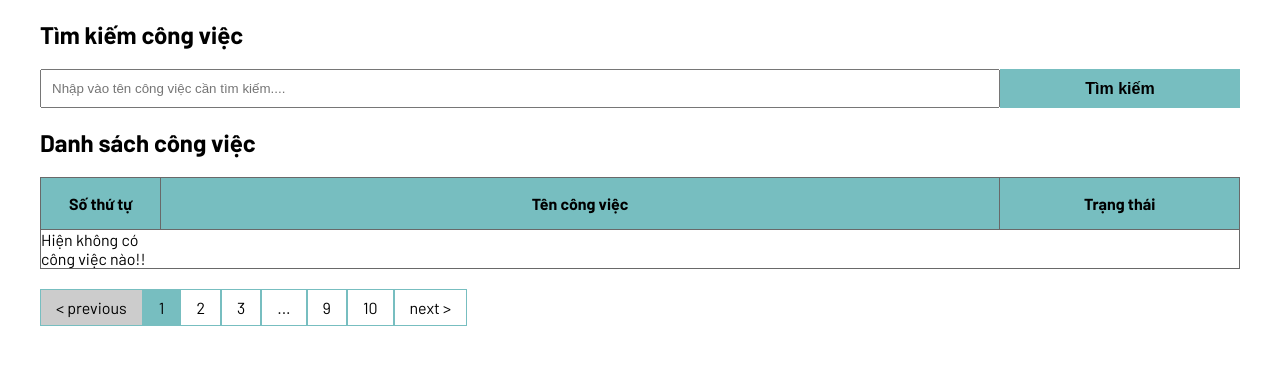
Repository: OkazakiTruong/searchReact
Page: /
These files come from the project's save history. The page is drawn as it stood at one moment and after the next save; the edit follows.
The browser window is 1280 px wide. The pictures show the whole page.
The page's requests for data from a server got no answer. The project was rebuilt for these pictures with package versions that can differ from the ones it lists, and the page was loaded fresh each time. No one was signed in, and anything a server would have sent is missing. Also part of the build but not shown: vite.config.js.

Above is the page before, as saved 2024-01-11 19:33:47.

After the next save:
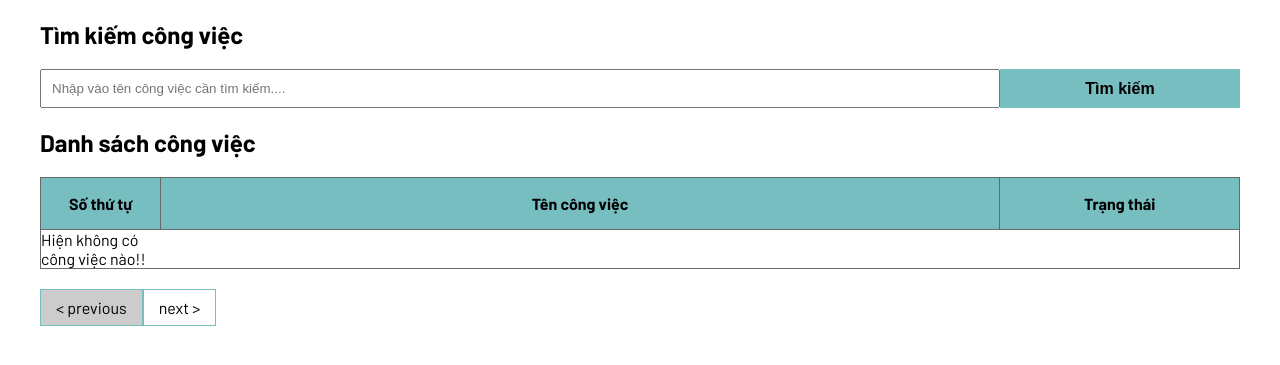
Saved 7 s later.
--- a/src/SearchApp/Pagination/Pagination.jsx
+++ b/src/SearchApp/Pagination/Pagination.jsx
@@ -12,7 +12,7 @@ export const Pagination = ({ totalPage }) => {
         onPageChange={handlePageClick}
         pageRangeDisplayed={3}
         marginPagesDisplayed={2}
-        pageCount={10}
+        pageCount={totalPage}
         previousLabel="< previous"
         pageClassName="page-item"
         pageLinkClassName="page-link"
